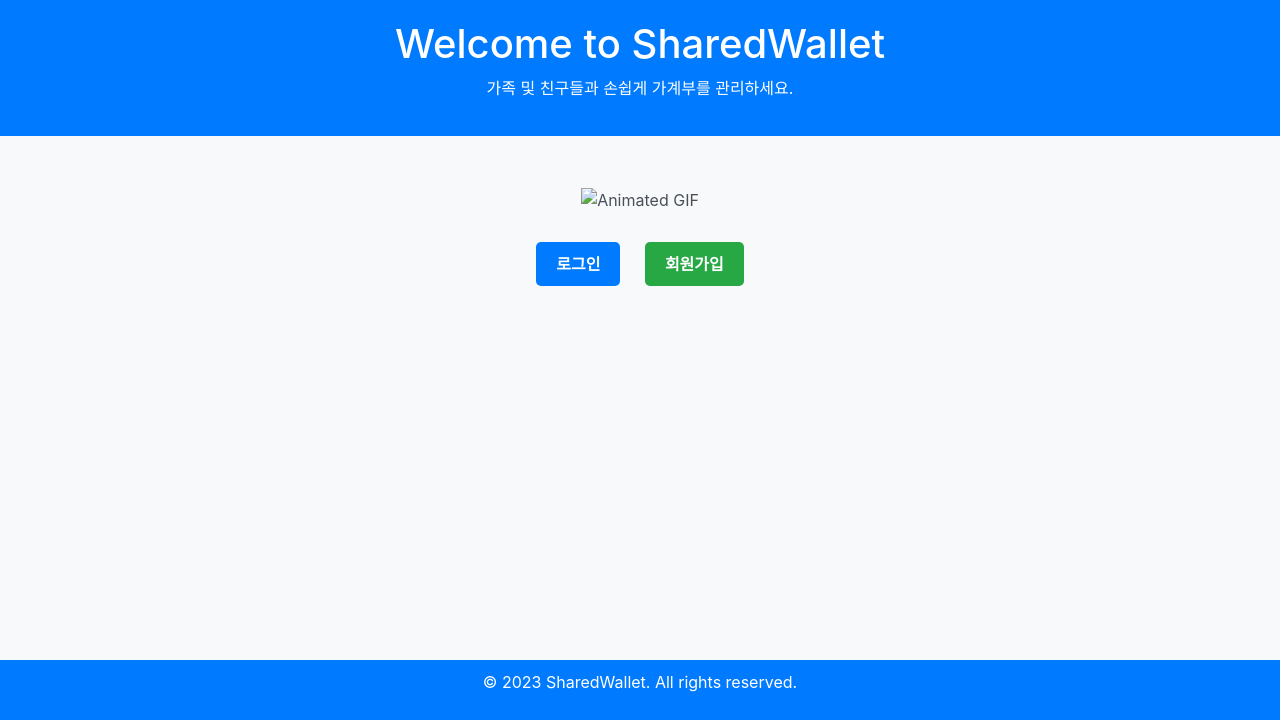
Repository: YoonHakyoung/SharedWallet
Page: http://localhost/Final_Exam/WEB-INF/views/home.jsp
An editor plug-in stored every save of this project. The page is shown before and after the next save, followed by the edit.
The browser window is 1280 px wide. The pictures show the whole page.
The page is served by Tomcat 9. Nobody is signed in. The template is opened directly, without the code that normally fills it, so the values that code supplies are empty.

Above is the page before, as saved 2023-12-09 17:09:03.
Not found: Spring/Project/Final Exam/Final_Exam/WEB-INF/views/myweb/images/money.gif

After the next save:
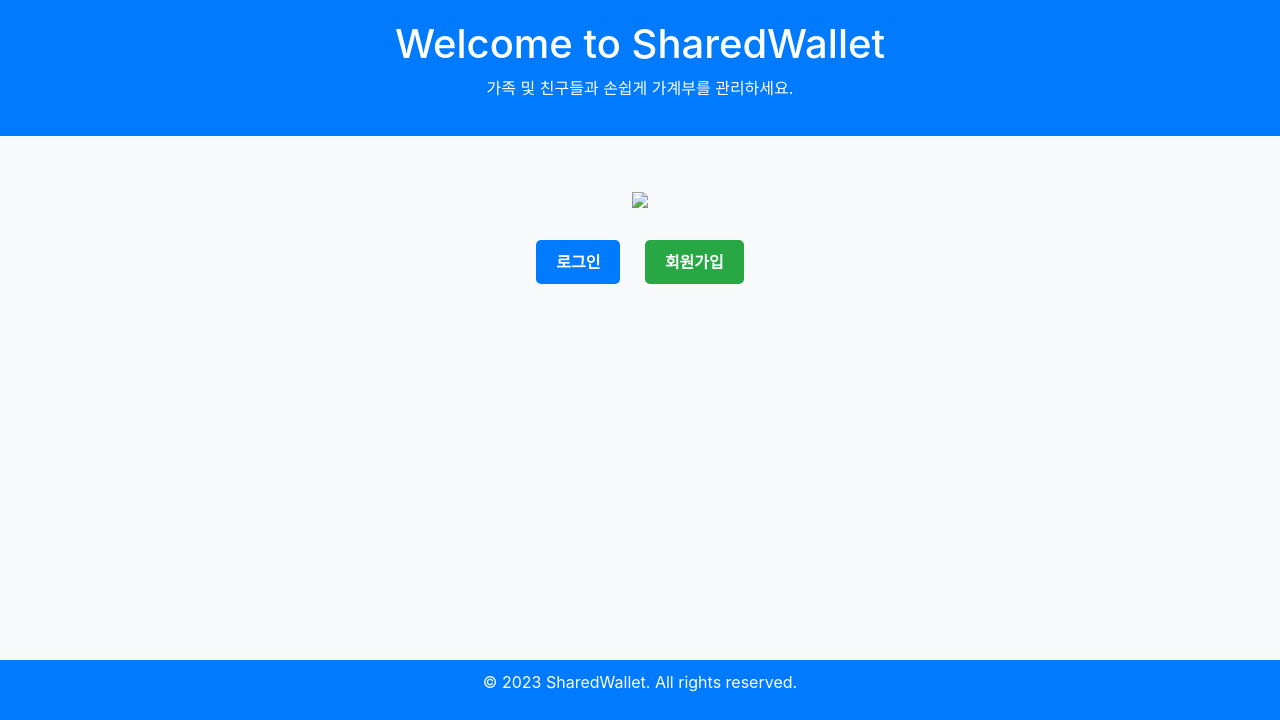
Saved 58 s later.
--- a/Spring/Project/Final Exam/src/main/webapp/WEB-INF/views/home.jsp
+++ b/Spring/Project/Final Exam/src/main/webapp/WEB-INF/views/home.jsp
@@ -69,7 +69,7 @@
 
 <main>
     <!-- GIF 삽입 -->
-    <img src="myweb/images/money.gif" alt="Animated GIF" width="300">
+    <img src="myweb/images/money.gif">
 
     <!-- 로그인 및 회원가입 버튼 -->
     <div class="button-container">
